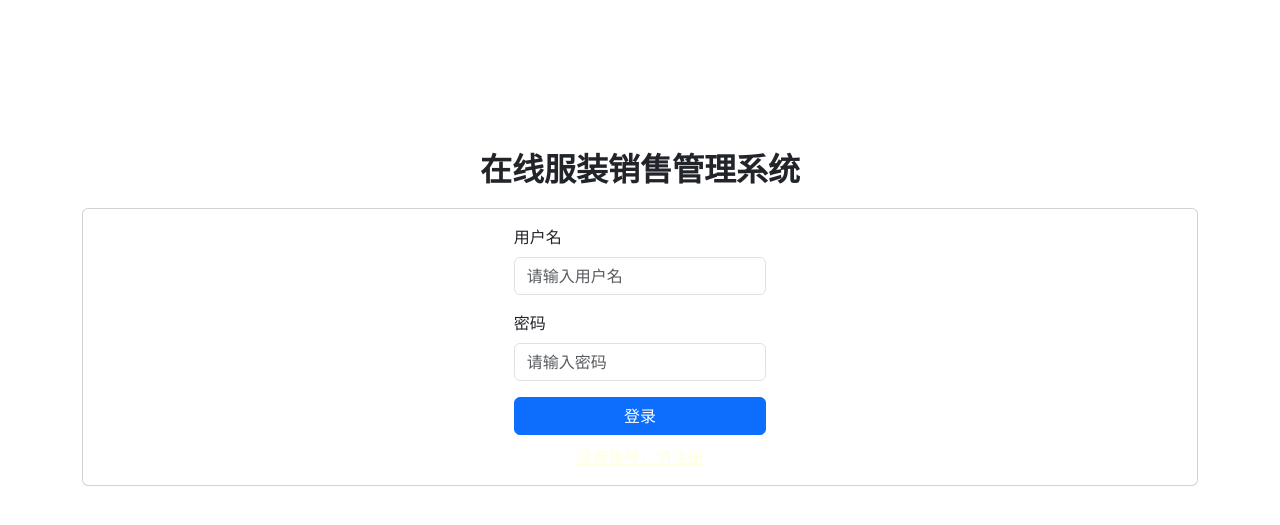
Repository: squawktop/CFS
Page: / (app in web/)
An editor plug-in stored every save of this project. The page is shown before and after the next save, followed by the edit.
The browser window is 1280 px wide. The pictures show the whole page.
The pointer rests on the first visible `.tip`.
The project was rebuilt for these pictures with package versions that can differ from the ones it lists, and the page was loaded fresh each time. Also part of the build but not shown: web/vue.config.js, web/src/views/RegisterView.vue, web/src/components/NavBar.vue, web/src/views/HomeView.vue, web/src/views/UsersManageView.vue, web/src/views/PersonalCenterView.vue, web/src/views/GoodsManageView.vue, web/src/views/OrdersManageView.vue and 1 more.

Above is the page before, as saved 2024-03-23 18:13:26.

### web/src/App.vue
<template>
  <RouterView></RouterView>
</template>

<script>


// 导入bootstrap
import "bootstrap/dist/css/bootstrap.min.css"
import "bootstrap/dist/js/bootstrap"
// import { ref } from "vue";

// import $ from 'jquery';
export default {
  components: {

  }
  ,
  setup() {
    // const user_id = ref("");
    // const username = ref("");
    // const password = ref("");

    // $.ajax({
    //   type: "get",
    //   url: "http://127.0.0.1:3000/user/getlist",
    //   success(resp) {
    //     user_id.value = resp[0].id;
    //     username.value = resp[0].username;
    //     password.value = resp[0].password;

    //   },
    //   error() {
    //     this.user_id = "error"
    //   }
    // })




    return {

    }
  }

}

</script>

<style></style>

### web/src/router/index.js
import { createRouter, createWebHistory } from 'vue-router'
// import HomeView from '../views/HomeView.vue'
import LoginView from '../views/LoginView.vue'
import RegisterView from '../views/RegisterView.vue'
import HomeView from '../views/HomeView.vue'
import UsersManageView from '../views/UsersManageView.vue'
import PersonalCenterView from '../views/PersonalCenterView.vue'
import GoodsManageView from '../views/GoodsManageView.vue'
import OrdersManageView from '../views/OrdersManageView.vue'
import NotFound from '../views/NotFoundView.vue'
import store from '@/store/index'

const routes = [
  {
    path: '/',
    name: 'home',
    component: HomeView,
    // redirect: "/user/register",
    meta: { //该页面是否需要授权      //随便写， 也可以设置为   flag : true;
      requestAuth: true,
    }
  },

  {
    path: '/user/login',
    name: 'user_login',
    component: LoginView,
    meta: {
      requestAuth: false,
    }
  },

  {
    path: '/user/register',
    name: 'user_register',
    component: RegisterView,
    meta: { //该页面是否需要授权
      requestAuth: false,
    }
  },
  {
    path: '/user/personalcenter',
    name: 'personal_center',
    component: PersonalCenterView,
    meta: { //该页面是否需要授权
      requestAuth: true,
    }
  },

  {
    path: '/user/usermanage',
    name: 'user_manage',
    component: UsersManageView,
    meta: { //该页面是否需要授权
      requestAuth: true,
    }
  }
  ,
  {
    path: '/goods/manage',
    name: 'goods_manage',
    component: GoodsManageView,
    meta: { //该页面是否需要授权
      requestAuth: true,
    }
  }, {
    path: '/orders/manage',
    name: 'orders_manage',
    component: OrdersManageView,
    meta: { //该页面是否需要授权
      requestAuth: true,
    }
  },


  {
    path: "/404/",
    name: "404",
    component: NotFound
  },
  {
    path: "/:catchAll(.*)",
    redirect: "/404/",  //页面重定向到404
  }
]

const router = createRouter({
  history: createWebHistory(),
  routes
})

router.beforeEach((to, from, next) => {
  if (to.meta.requestAuth && !store.state.user.is_login) {
    next({ name: "user_login" });
  } else {
    next();
  }
})

export default router

### web/src/store/index.js
import { createStore } from 'vuex'
import ModuleUser from '@/store/user'

export default createStore({
  state: {
  },
  getters: {
  },
  mutations: {
  },
  actions: {
  },
  modules: {
    user: ModuleUser,
  }
})

### web/src/views/LoginView.vue
<template style="background-color: green;">
    <div class="background">
        <h2>在线服装销售管理系统</h2>
        <ContentField v-if="!$store.state.user.pulling_info">
            <div class="row justify-content-md-center">
                <div class="col-3">
                    <form @submit.prevent="login">
                        <div class="mb-3">
                            <label for="username" class="form-label">用户名</label>
                            <input v-model="username" type="text" class="form-control" id="username"
                                placeholder="请输入用户名" />
                        </div>
                        <div class="mb-3">
                            <label for="password" class="form-label">密码</label>
                            <input v-model="password" type="password" class="form-control" id="password"
                                placeholder="请输入密码" />
                        </div>
                        <div class="error-message">{{ error_message }} </div>
                        <button type="submit" class="btn btn-primary">登录</button>
                        <!-- <button type="button" class="btn btn-primary" style="margin-top: 10px"
                            @click="registerview">没有账号，请注册</button> -->
                        <div class="tip" @click="registerview">没有账号，请注册</div>

                    </form>
                </div>
            </div>
        </ContentField>
    </div>

</template>

<script>
import ContentField from "@/components/ContentField.vue";
import { useStore } from "vuex"
import { ref } from "vue"
import router from "@/router/index";

export default {
    components: {
        ContentField,
    },
    setup() {
        const store = useStore();
        let username = ref('');
        let password = ref('');
        let error_message = ref('');


        const jwt_token = localStorage.getItem("jwt_token");
        if (jwt_token) {
            store.commit("updateToken", jwt_token);
            store.dispatch("getinfo", {
                success() {
                    router.push({ name: "home" });
                    store.commit("updatePullingInfo", false);
                }, error() {
                    store.commit("updatePullingInfo", false);
                }
            })
        } else {
            store.commit("updatePullingInfo", false);
        }




        const login = () => {
            error_message.value = "";
            store.dispatch("login", {
                username: username.value,
                password: password.value,
                success() {
                    store.dispatch("getinfo", {
                        success() {
                            router.push({ name: 'home' });
                        }
                    })

                },
                error() {
                    error_message.value = "用户名或密码错误";
                }
            })
        }

        const registerview = () => {
            router.push({ name: "user_register" });
        }

        return {
            username,
            password,
            error_message,
            login,
            registerview,

        }
    }
};
</script>



<style scoped>
h2 {
    text-align: center;
    margin-top: 150px;
    font-weight: bold;
}

button {
    width: 100%;
}

div.error-message {
    color: red;
}

.tip {
    text-align: center;
    margin-top: 10px;
    text-decoration:underline;
}
.tip:hover{
    cursor: pointer;
    color:#FFFFE0;
}
</style>

### web/src/store/user.js
import router from '@/router';
import $ from 'jquery'
export default {
    state: {
        id: "",
        username: "",
        photo: "",
        token: "",
        is_login: false,
        pulling_info: true,
    },
    getters: {
    },
    mutations: {        //一般是用来修改数据的
        updateUser(state, user) {
            state.id = user.id;
            state.username = user.username;
            state.photo = user.photo;
            state.is_login = user.is_login;
        },
        updateToken(state, token) {
            state.token = token;
        },
        logout(state) {
            state.id = "";
            state.username = "";
            state.photo = "";
            state.token = "";
            state.is_login = false;
            router.push({ name: "user_login" });
        },
        updatePullingInfo(state, pulling_info) {
            state.pulling_info = pulling_info;
        },
    },

    actions: {

        login(context, data) {
            $.ajax({
                url: "http://127.0.0.1:3000/api/user/account/token/",
                type: "post",
                data: {
                    username: data.username,
                    password: data.password,
                },
                success(resp) {
                    if (resp.error_message === "success") {
                        localStorage.setItem("jwt_token", resp.token);
                        context.commit("updateToken", resp.token);
                        data.success(resp);
                    } else {
                        data.error(resp);
                    }
                },
                error(resp) {
                    data.error(resp)
                },
            });
        },
        getinfo(context, data) {
            $.ajax({
                url: "http://127.0.0.1:3000/api/user/account/info/",
                type: "get",
                headers: {
                    Authorization:
                        "Bearer " + context.state.token,
                },
                success(resp) {
                    if (resp.error_message === "success") {
                        // console.log(resp);
                        context.commit("updateUser", {
                            ...resp,
                            is_login: true,

                        });
                        data.success(resp);
                    } else {
                        data.success(resp);
                    }

                },
                error(resp) {
                    data.error(resp);
                },
            });

        },
        logout(context) {
            localStorage.removeItem("jwt_token");
            context.commit("logout")
        }
    },
    modules: {
    }
}

### web/src/components/ContentField.vue
<template>
    <div class="container content-field">
        <div class="card">
            <div class="card-body">
                <slot></slot>
            </div>
        </div>
    </div>
</template>

<script>
</script>

<style scoped>
div.content-field {
    margin-top: 20px;
}
</style>

Loaded but not shown: web/public/index.html (common file); web/src/main.js (common file)

After the next save:
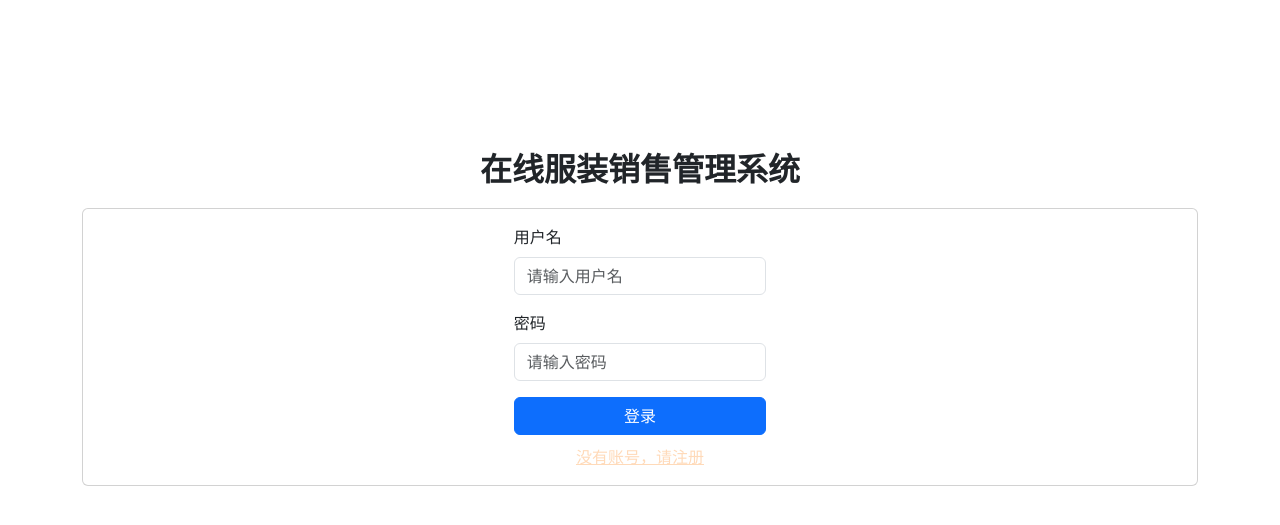
Saved 53 s later.
--- a/web/src/views/LoginView.vue
+++ b/web/src/views/LoginView.vue
@@ -123,6 +123,6 @@ div.error-message {
 }
 .tip:hover{
     cursor: pointer;
-    color:#FFFFE0;
+    color:#FFDAB9;
 }
 </style>
